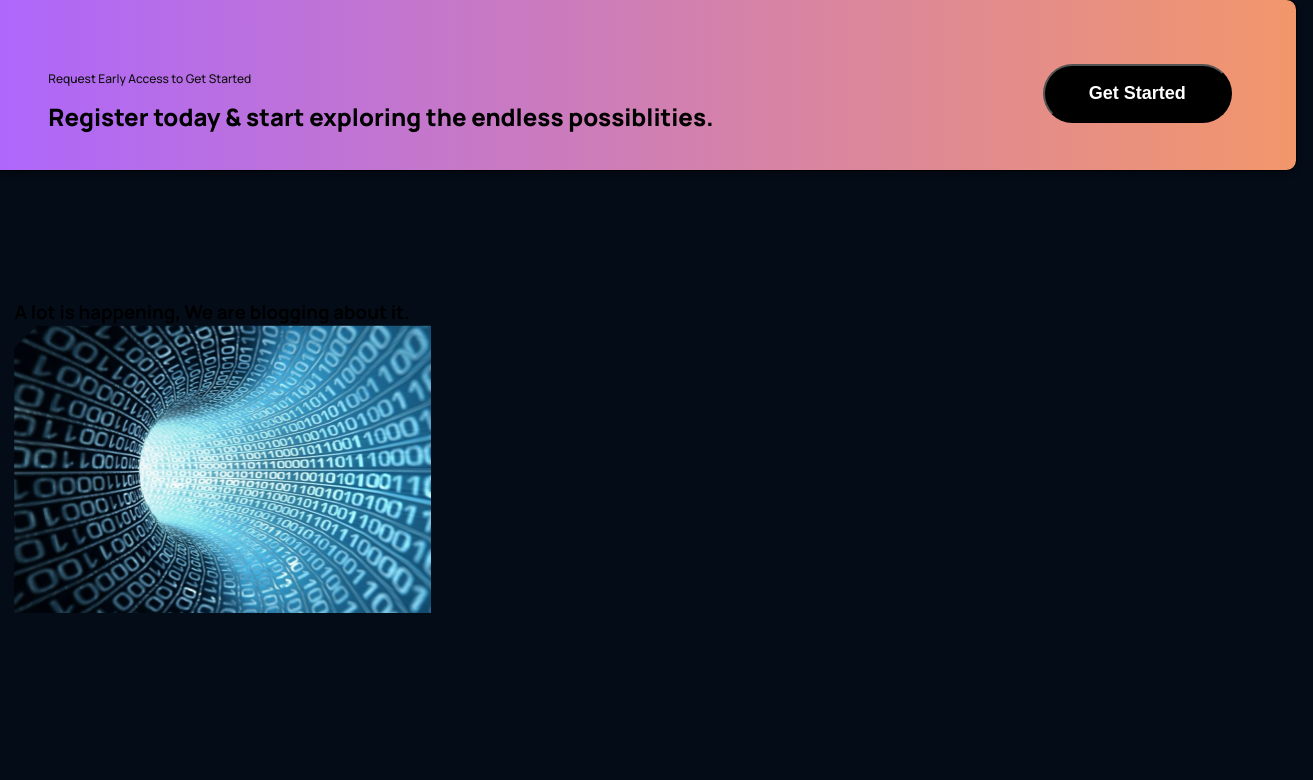
Repository: guilhermecardoso93/lp-gpt3
Page: index.html
An editor plug-in stored every save of this project. The page is shown before and after the next save, followed by the edit.
The browser window is 1280 px wide. The page is 1313 px wide, so the pictures cover 1313 px, including what lies to the right of the window. The pictures show the part of the page from y = 3053 to 3977 px (the page is 3833 px tall before and 3977 px after).

Above is the page before, as saved 2022-08-23 21:52:24.

After the next save:
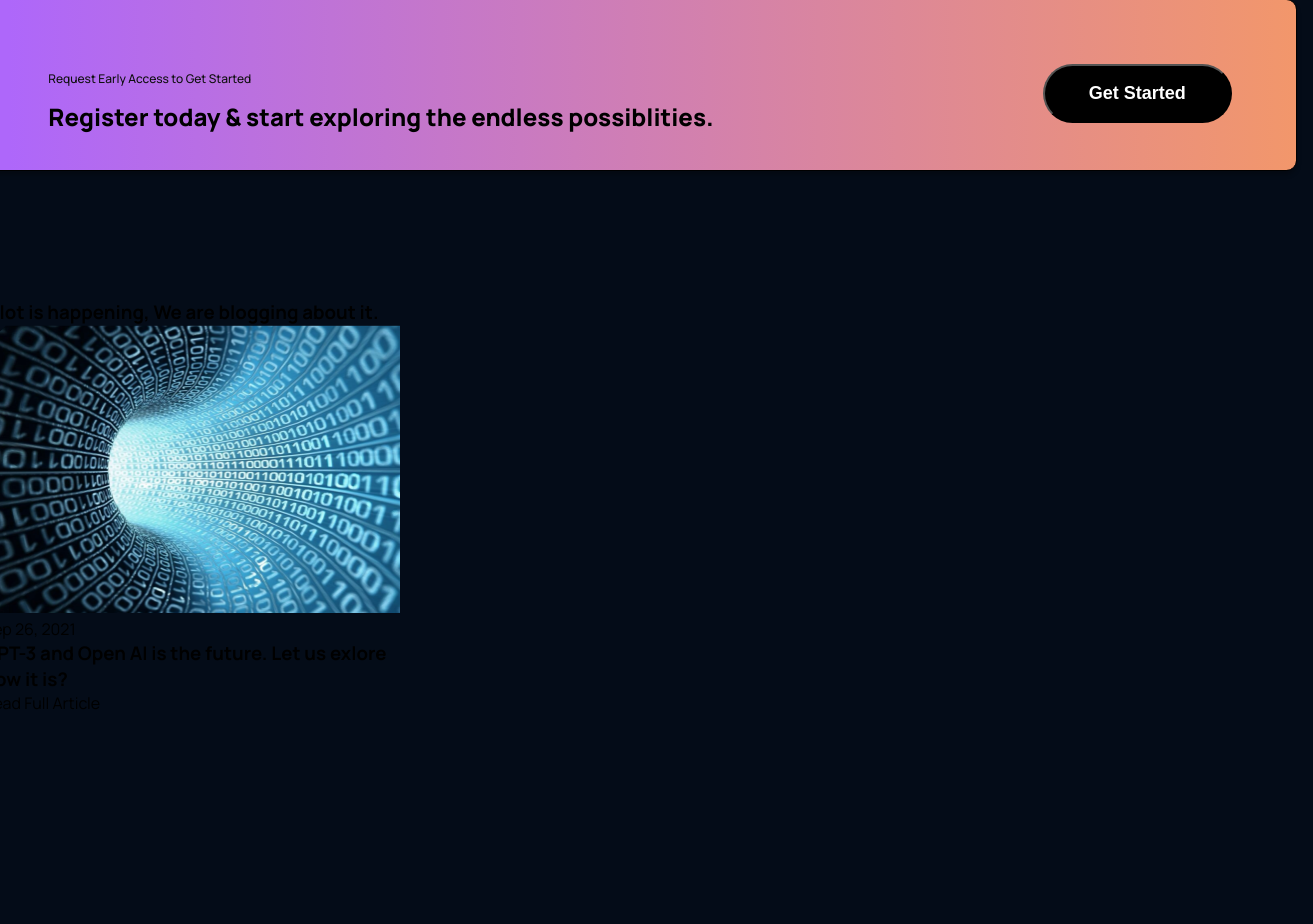
Saved 43 s later.
--- a/index.html
+++ b/index.html
@@ -243,7 +243,9 @@
             <div class="area1">
               <img src="/assets/blog-1.png" alt="" width="417.03px"          height="287.73px">
               <div>
-
+                <p>Sep 26, 2021</p>
+                <h3>GPT-3 and Open  AI is the future. Let us exlore how it is?</h3>
+                <p>Read Full Article</p>
               </div>
             </div>
             <div class="area2"></div>
